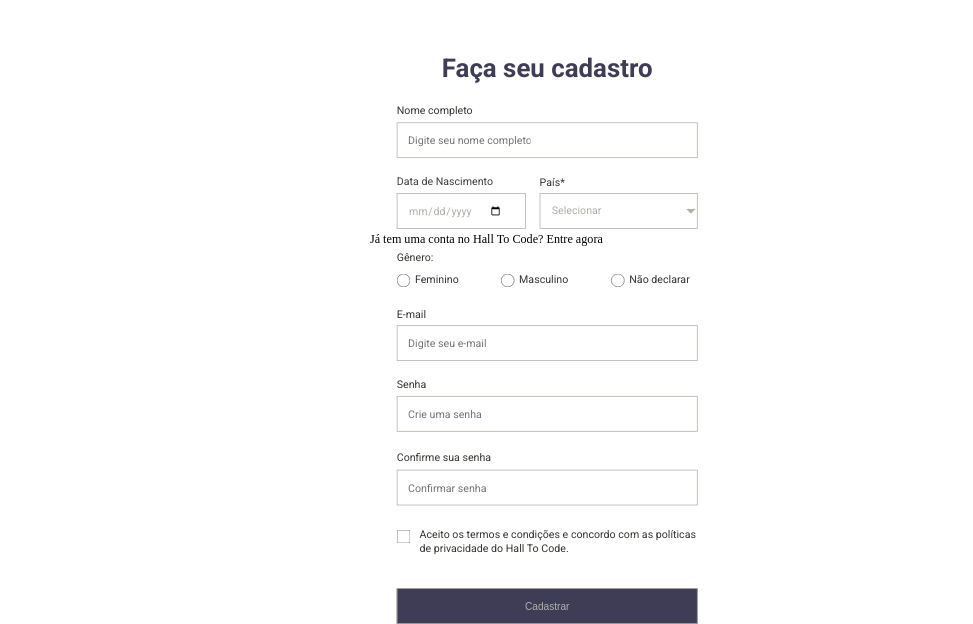
Repository: RenatoCCS/formularios
Page: cadastro.html
The author's editor kept a copy of each file at every save. The page is drawn from the files as they stood at one save, then again after the next save.
The browser window is 1280 px wide. The pictures show the whole page, at 76% of full size.

Above is the page before, as saved 2023-03-25 15:54:50.

### cadastro.html
<!DOCTYPE html>
<html lang="pt-br">
  <head>
    <meta charset="UTF-8" />
    <meta http-equiv="X-UA-Compatible" content="IE=edge" />
    <meta name="viewport" content="width=device-width, initial-scale=1.0" />
    <link rel="stylesheet" href="style.css" />
    <title>Faça seu cadastro</title>
  </head>

  <body class="container">
    <form action="" class="form__Cadastro">
      <div class="form__Cadastro__Titulo">
        <h1>Faça seu cadastro</h1>
      </div>

      <div class="nome__Cadastro">
        <label class="nome__Cadastro__Nomecompleto" for="name"
          >Nome completo</label
        >

        <input
          class="nome__Cadastro__Campo"
          id="name"
          type="text"
          name="name"
          placeholder="Digite seu nome completo"
        />
      </div>
      <br /><br />

      <div class="data__Cadastro">
        <label class="data__Cadastro__Nascimento" for="date"
          >Data de Nascimento</label
        >
        <br />

        <input
          class="data__Cadastro__Calendario"
          id="date"
          type="date"
          name="date"
          placeholder="dd/mm/aaaa"
        />
      </div>
      <br /><br />

      <div class="pais__Cadastro">
        <label class="pais__Cadastro__Pais" for="options__Cascading"
          >País*</label
        ><br />
        <select
          class="pais__Cadastro__Campo"
          name="opções"
          id="options__Cascading "
        >
          <option>Selecionar</option>
          <option>Brasil</option>
          <option>Argentina</option>
          <option>Chile</option>
          <option>Uruguai</option>
        </select>
        <img
          class="pais__Cadastro__Seta"
          src="./assets/arrow_drop_down.png"
          alt="Icone de seta"
        />
      </div>
      <br /><br />

      <section class="genero__Cadastro">
        <legend class="genero__Cadastro__Titulo">Gênero:</legend>

        <input
          class="genero__Cadastro__Botao1"
          id="option__Button__Feminino"
          type="radio"
          name="botão"
        />
        <label class="genero__Cadastro__Feminino" for="option__Button__Feminino"
          >Feminino</label
        >

        <input
          class="genero__Cadastro__Botao2"
          id="option__Button__Masculino"
          type="radio"
          name="botão"
        />
        <label
          class="genero__Cadastro__Masculino"
          for="option__Button__Masculino"
          >Masculino</label
        >

        <input
          class="genero__Cadastro__Botao3"
          id="option__Button__Naodeclarar"
          type="radio"
          name="botão"
        />
        <label
          class="genero__Cadastro__Naodeclarar"
          for="option__Button__Naodeclarar"
          >Não declarar</label
        >
      </section>
      <br />

      <div class="email__Cadastro">
        <label class="email__Cadastro__Titulo" for="email">E-mail</label>
        <br />
        <input
          class="email__Cadastro__Campo"
          id="email"
          type="email"
          name="email"
          placeholder="Digite seu e-mail"
        />
      </div>
      <br /><br />

      <div class="senha__Cadastro">
        <label class="senha__Cadastro__Titulo" for="password">Senha</label>
        <br />
        <input
          class="senha__Cadastro__Campo"
          id="password"
          type="password"
          name="senha"
          placeholder="Crie uma senha"
        />
      </div>
      <br /><br />

      <div class="confirma__Cadastro">
        <label class="confirma__Cadastro__Titulo" for="confirm__Password"
          >Confirme sua senha</label
        >
        <br />
        <input
          class="confirma__Cadastro__Campo"
          id="confirm__Password"
          type="password"
          name="confirmar__Senha"
          placeholder="Confirmar senha"
        />
      </div>
      <br /><br />

      <div class="termo__Cadastro">
        <input
          class="termo__Cadastro__Botao"
          type="checkbox"
          name="termos"
          id="term"
        />
        <label class="termo__Cadastro__Texto" for="term"
          >Aceito os termos e condições e concordo com as políticas de
          privacidade do Hall To Code.</label
        >
      </div>
      <br /><br />

      <div class="botao__Cadastro">
        <button class="botao__Cadastro__Cadastrar" type="submit">
          Cadastrar
        </button>
      </div>
      <br /><br />

      <div>
        <p>Já tem uma conta no Hall To Code? Entre agora</p>
      </div>
    </form>
  </body>
</html>

### style.css
@import url('https://fonts.googleapis.com/css2?family= Roboto :wght@400;700 & display=swap');

* {
  margin: 0;
  padding: 0;
}

:root {
  --primeira-cor: #3f3d56;
  --segunda-cor: #323730;
  --terceira-cor: #abb3a8;
  --quarta-cor: #ffffff;
  --quinta-cor: #3f3f40;

  --fonte-primaria: 'Roboto', sans-serif;
}

.container {
  display: flex;
  justify-content: center;
}

.form__Cadastro__Titulo {
  position: absolute;
  width: 302px;
  height: 43px;
  left: 569px;
  top: 68px;
  color: var(--primeira-cor);
  font-family: var(--fonte-primaria);
  font-style: normal;
  font-weight: 700;
  font-size: 17px; /*o indicado é 37px, mas se manter quebra a linha*/
  line-height: 43px;
  text-align: center;
}

.nome__Cadastro {
  position: absolute;
  width: 396px;
  height: 69px;
  top: 139px;
  left: 522px;
}

.nome__Cadastro__Nomecompleto {
  position: absolute;
  width: 100px;
  height: 24px;
  top: -6px;
  left: 0px;
  color: var(--segunda-cor);
  font-family: var(--fonte-primaria);
  font-style: normal;
  font-weight: 400;
  font-size: 14px;
  line-height: 24px;
}

.nome__Cadastro__Campo {
  position: absolute;
  width: 163px;
  height: 24px;
  top: 34px;
  left: 14px;
  color: var(--terceira-cor);
  font-family: var(--fonte-primaria);
  font-style: normal;
  font-weight: 400;
  font-size: 14px;
  line-height: 24px;
  padding: 12px 219px 11px 14px;
}

.nome__Cadastro__Campo {
  box-sizing: border-box;
  border: 1px solid;
  position: absolute;
  width: 396px;
  height: 47px;
  top: 22px;
  left: 0%;
  right: 0%;
  top: 31, 88%;
  bottom: 0%;
  color: var(--terceira-cor);
  background-color: var(--quarta-cor);
}

.data__Cadastro {
  position: absolute;
  width: 170px;
  height: 74px;
  left: 522px;
  top: 232px;
}

.data__Cadastro__Nascimento {
  position: absolute;
  width: 127px;
  height: 18px;
  top: -2px;
  left: 0px;
  color: var(--quinta-cor);
  font-family: var(--fonte-primaria);
  font-style: normal;
  font-weight: 400;
  font-size: 14px;
  line-height: 24px;
  display: flex;
  align-items: center;
}

.data__Cadastro__Calendario {
  position: absolute;
  width: 83px;
  height: 24px;
  top: 12px;
  left: 14px;
  color: var(--terceira-cor);
  font-family: var(--fonte-primaria);
  font-style: normal;
  font-weight: 400;
  font-size: 14px;
  line-height: 24px;
  display: flex;
  align-items: center;
  padding: 12px 73px 11px 14px;
}

.data__Cadastro__Calendario {
  box-sizing: border-box;
  border: 1px solid;
  position: absolute;
  width: 170px;
  height: 47px;
  top: 22px;
  left: 0%;
  right: 0%;
  top: 31, 88%;
  bottom: 0%;
  color: var(--terceira-cor);
  background-color: var(--quarta-cor);
}

.pais__Cadastro {
  position: absolute;
  width: 208px;
  height: 69px;
  top: 230px;
  left: 710px;
}

.pais__Cadastro__Pais {
  position: absolute;
  width: 34px;
  height: 15px;
  top: -2px;
  left: 0px;
  color: var(--segunda-cor);
  font-family: var(--fonte-primaria);
  font-style: normal;
  font-weight: 400;
  font-size: 14px;
  line-height: 24px;
}

.pais__Cadastro__Campo {
  position: absolute;
  width: 66px;
  height: 24px;
  top: 34px;
  left: 14px;
  color: var(--terceira-cor);
  font-family: var(--fonte-primaria);
  font-style: normal;
  font-weight: 400;
  font-size: 14px;
  line-height: 24px;
  padding: 12px 11px 14px;
}

.pais__Cadastro__Campo {
  box-sizing: border-box;
  border: 1px solid;
  position: absolute;
  width: 208px;
  height: 47px;
  top: 24px;
  left: 0%;
  right: 0%;
  top: 31, 88%;
  bottom: 0%;
  color: var(--terceira-cor);
  background-color: var(--quarta-cor);
}

.pais__Cadastro__Campo option {
  position: absolute;
  color: var(--segunda-cor);
  font-family: var(--fonte-primaria);
  font-style: normal;
  font-weight: 400;
  font-size: 14px;
  line-height: 16px;
}

.pais__Cadastro__Seta {
  position: absolute;
  width: 12px;
  height: 6px;
  top: 45px;
  left: 193px;
}

.genero__Cadastro {
  position: absolute;
  width: 386px;
  height: 50px;
  top: 328px;
  left: 522px;
}

.genero__Cadastro__Titulo {
  position: absolute;
  width: 49px;
  height: 24px;
  top: -2px;
  left: 0px;
  color: var(--segunda-cor);
  font-family: var(--fonte-primaria);
  font-style: normal;
  font-weight: 400;
  font-size: 14px;
  line-height: 24px;
}

.genero__Cadastro__Botao1 {
  position: absolute;
  box-sizing: border-box;
  width: 18px;
  height: 18px;
  top: 32px;
  left: 0px;
}

.genero__Cadastro__Feminino {
  position: absolute;
  width: 58px;
  height: 16px;
  top: 32px;
  left: 24px;
  color: var(--segunda-cor);
  font-family: var(--fonte-primaria);
  font-style: normal;
  font-weight: 400;
  font-size: 14px;
  line-height: 16px;
}

.genero__Cadastro__Botao2 {
  position: absolute;
  box-sizing: border-box;
  width: 18px;
  height: 18px;
  top: 32px;
  left: 137px;
}

.genero__Cadastro__Masculino {
  position: absolute;
  width: 65px;
  height: 16px;
  top: 32px;
  left: 161px;
  color: var(--segunda-cor);
  font-family: var(--fonte-primaria);
  font-style: normal;
  font-weight: 400;
  font-size: 14px;
  line-height: 16px;
}

.genero__Cadastro__Botao3 {
  position: absolute;
  box-sizing: border-box;
  width: 18px;
  height: 18px;
  top: 32px;
  left: 282px;
}

.genero__Cadastro__Naodeclarar {
  position: absolute;
  width: 81px;
  height: 16px;
  top: 32px;
  left: 306px;
  color: var(--segunda-cor);
  font-family: var(--fonte-primaria);
  font-style: normal;
  font-weight: 400;
  font-size: 14px;
  line-height: 16px;
}

.email__Cadastro {
  position: absolute;
  width: 396px;
  height: 69px;
  top: 406px;
  left: 522px;
}

.email__Cadastro__Titulo {
  position: absolute;
  width: 40px;
  height: 24px;
  top: -4px;
  left: 0px;
  color: var(--segunda-cor);
  font-family: var(--fonte-primaria);
  font-style: normal;
  font-weight: 400;
  font-size: 14px;
  line-height: 24px;
}

.email__Cadastro__Campo {
  position: absolute;
  width: 104px;
  height: 24px;
  top: 34px;
  left: 14px;
  color: var(--terceira-cor);
  font-family: var(--fonte-primaria);
  font-style: normal;
  font-weight: 400;
  font-size: 14px;
  line-height: 24px;
  padding: 12px 270px 11px 14px;
}

.email__Cadastro__Campo {
  box-sizing: border-box;
  border: 1px solid;
  position: absolute;
  width: 396px;
  height: 47px;
  top: 22px;
  left: 0%;
  right: 0%;
  top: 31, 88%;
  bottom: 0%;
  color: var(--terceira-cor);
  background-color: var(--quarta-cor);
}

.senha__Cadastro {
  position: absolute;
  width: 396px;
  height: 75px;
  top: 497px;
  left: 522px;
}

.senha__Cadastro__Titulo {
  position: absolute;
  width: 39px;
  height: 24px;
  top: -4px;
  left: 0px;
  color: var(--segunda-cor);
  font-family: var(--fonte-primaria);
  font-style: normal;
  font-weight: 400;
  font-size: 14px;
  line-height: 24px;
}

.senha__Cadastro__Campo {
  position: absolute;
  width: 97px;
  height: 24px;
  top: 34px;
  left: 14px;
  color: var(--terceira-cor);
  font-family: var(--fonte-primaria);
  font-style: normal;
  font-weight: 400;
  font-size: 14px;
  line-height: 24px;
  padding: 12px 278px 11px 14px;
}

.senha__Cadastro__Campo {
  box-sizing: border-box;
  border: 1px solid;
  position: absolute;
  width: 396px;
  height: 47px;
  top: 22px;
  left: 0%;
  right: 0%;
  top: 31.88%;
  bottom: 0%;
  color: var(--terceira-cor);
  background-color: var(--quarta-cor);
}

.confirma__Cadastro {
  position: absolute;
  width: 396px;
  height: 75px;
  top: 594px;
  left: 522px;
}

.confirma__Cadastro__Titulo {
  position: absolute;
  width: 126px;
  height: 24px;
  top: -4px;
  left: 0px;
  color: var(--segunda-cor);
  font-family: var(--fonte-primaria);
  font-style: normal;
  font-weight: 400;
  font-size: 14px;
  line-height: 24px;
}

.confirma__Cadastro__Campo {
  position: absolute;
  width: 104px;
  height: 24px;
  top: 34px;
  left: 14px;
  color: var(--terceira-cor);
  font-family: var(--fonte-primaria);
  font-style: normal;
  font-weight: 400;
  font-size: 14px;
  line-height: 24px;
  padding: 12px 276px 11px 14px;
}

.confirma__Cadastro__Campo {
  box-sizing: border-box;
  border: 1px solid;
  position: absolute;
  width: 396px;
  height: 47px;
  top: 22px;
  left: 0%;
  right: 0%;
  top: 31.88%;
  bottom: 0%;
  color: var(--terceira-cor);
  background-color: var(--quarta-cor);
}

.termo__Cadastro {
  position: absolute;
  width: 396px;
  height: 34px;
  top: 697px;
  left: 522px;
}

.termo__Cadastro__Botao {
  position: absolute;
  width: 18px;
  height: 18px;
  top: 0px;
  left: 0px;
  color: var(--segunda-cor);
  font-family: var(--fonte-primaria);
  font-style: normal;
  font-weight: 400;
  font-size: 14px;
  line-height: 24px;
}

.termo__Cadastro__Texto {
  position: absolute;
  width: 368px;
  height: 34px;
  top: -3px;
  left: 30px;
  color: var(--segunda-cor);
  font-family: var(--fonte-primaria);
  font-style: normal;
  font-weight: 400;
  font-size: 14px;
  line-height: 130%;
}

.botao__Cadastro {
  position: absolute;
  width: 396px;
  height: 47px;
  top: 759px;
  left: 522px;
}

/*.botao__Cadastro__Cadastrar {
  position: absolute;
  width: 71px;
  height: 19px;
  top: 14px;
  left: 0px;
  color: var(--segunda-cor);
  font-family: var(--fonte-primaria);
  font-style: normal;
  font-weight: 400;
  font-size: 14px;
  line-height: 24px;
}*/

.botao__Cadastro__Cadastrar {
  box-sizing: border-box;
  border: 1px solid;
  position: absolute;
  width: 396px;
  height: 47px;
  top: 759px;
  left: 0%;
  right: 0%;
  top: 31.88%;
  bottom: 0%;
  color: var(--terceira-cor);
  background-color: var(--primeira-cor);
}

After the next save:
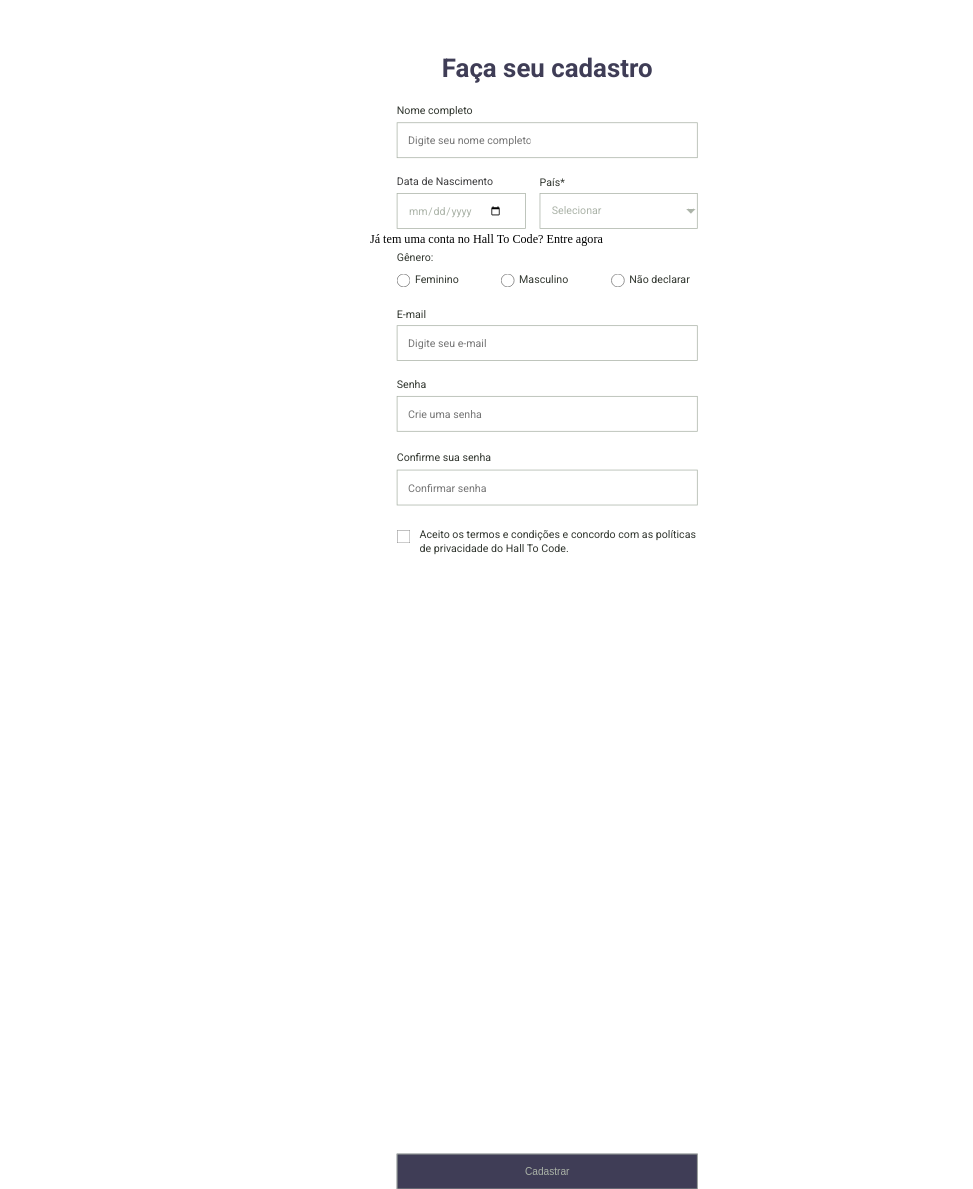
Saved 44 s later.
--- a/style.css
+++ b/style.css
@@ -525,10 +525,7 @@
   width: 396px;
   height: 47px;
   top: 759px;
-  left: 0%;
-  right: 0%;
-  top: 31.88%;
-  bottom: 0%;
+  left: 522;
   color: var(--terceira-cor);
   background-color: var(--primeira-cor);
 }
